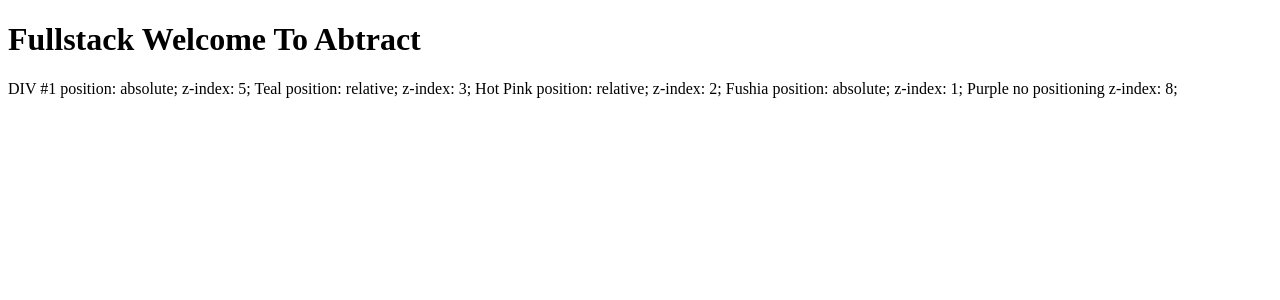
Repository: Melinda-Nanjad-Personal-Website/Personal-web
Page: picasso.html
These files come from the project's save history. The page is drawn as it stood at one moment and after the next save; the edit follows.
The browser window is 1280 px wide. The pictures show the whole page.

Above is the page before, as saved 2023-08-18 12:50:19.

### picasso.html
<!DOCTYPE html>
<html lang="en">
  <head>
    <meta charset="UTF-8" />
    <meta name="viewport" content="width=device-width, initial-scale=1.0" />
    <title>Document</title>
  </head>
  <body>
    <h1>Fullstack Welcome To Abtract</h1>

    DIV #1 position: absolute; z-index: 5; Teal position: relative; z-index: 3;
    Hot Pink position: relative; z-index: 2; Fushia position: absolute; z-index:
    1; Purple no positioning z-index: 8;
  </body>
</html>

After the next save:
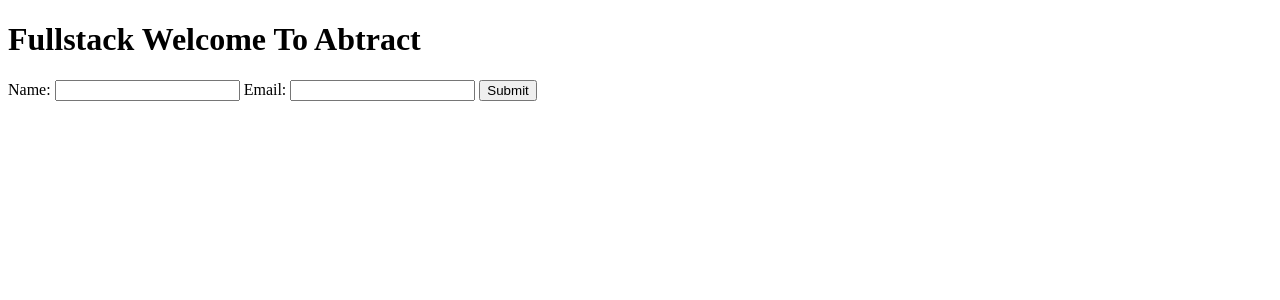
Saved 68 s later.
--- a/picasso.html
+++ b/picasso.html
@@ -8,8 +8,18 @@
   <body>
     <h1>Fullstack Welcome To Abtract</h1>
 
-    DIV #1 position: absolute; z-index: 5; Teal position: relative; z-index: 3;
-    Hot Pink position: relative; z-index: 2; Fushia position: absolute; z-index:
-    1; Purple no positioning z-index: 8;
+    <div class="artwork">
+      <!-- Your abstract artwork goes here -->
+    </div>
+
+    <form class="interested-form" action="formsubmitted.html">
+      <label for="name">Name:</label>
+      <input type="text" id="name" name="name" required />
+
+      <label for="email">Email:</label>
+      <input type="email" id="email" name="email" required />
+
+      <button type="submit">Submit</button>
+    </form>
   </body>
 </html>
